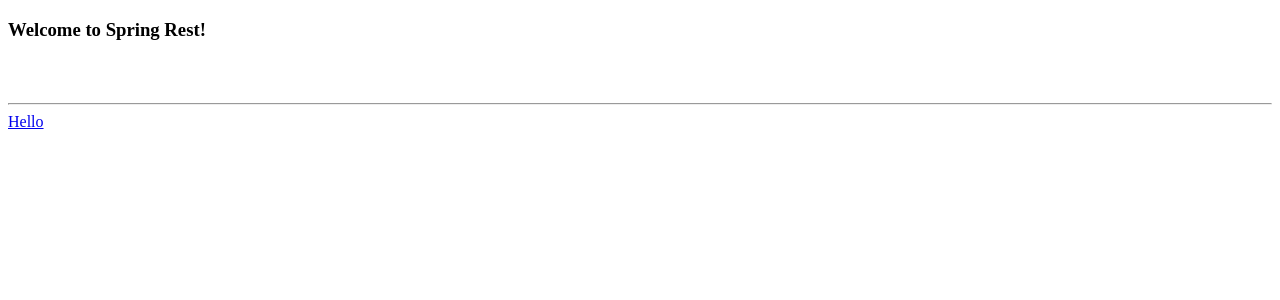
Repository: AllanInComp/Spring-demo-workplace
Page: http://localhost/spring-rest-demo/
An editor plug-in stored every save of this project. The page is shown before and after the next save, followed by the edit.
The browser window is 1280 px wide. The pictures show the whole page.
The page is served by Tomcat 9.

Above is the page before, as saved 2020-02-29 18:09:41.

After the next save:
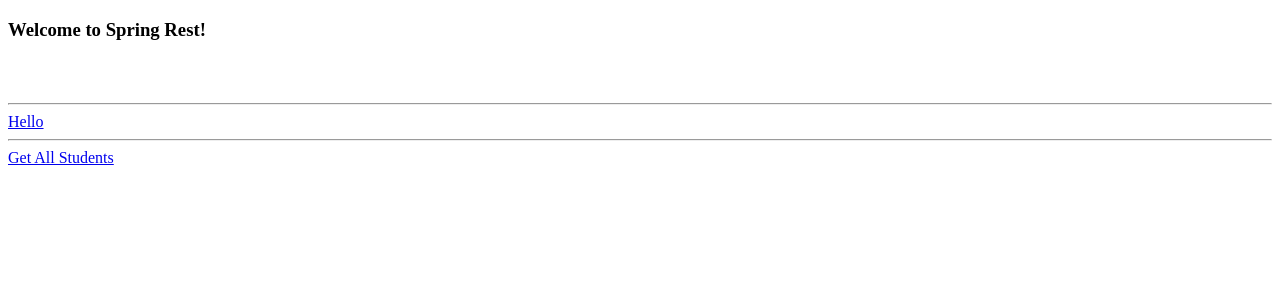
Saved 2 min 7 s later.
--- a/spring-rest-demo/src/main/webapp/index.jsp
+++ b/spring-rest-demo/src/main/webapp/index.jsp
@@ -12,6 +12,8 @@
 	<hr>
 	<!-- or a href = "${pageContext.request.contextPath}/test/hello" -->
 	<a href="test/hello">Hello</a>
+	<hr>
+	<a href="api/students">Get All Students</a>
 
 </body>
 </html>
